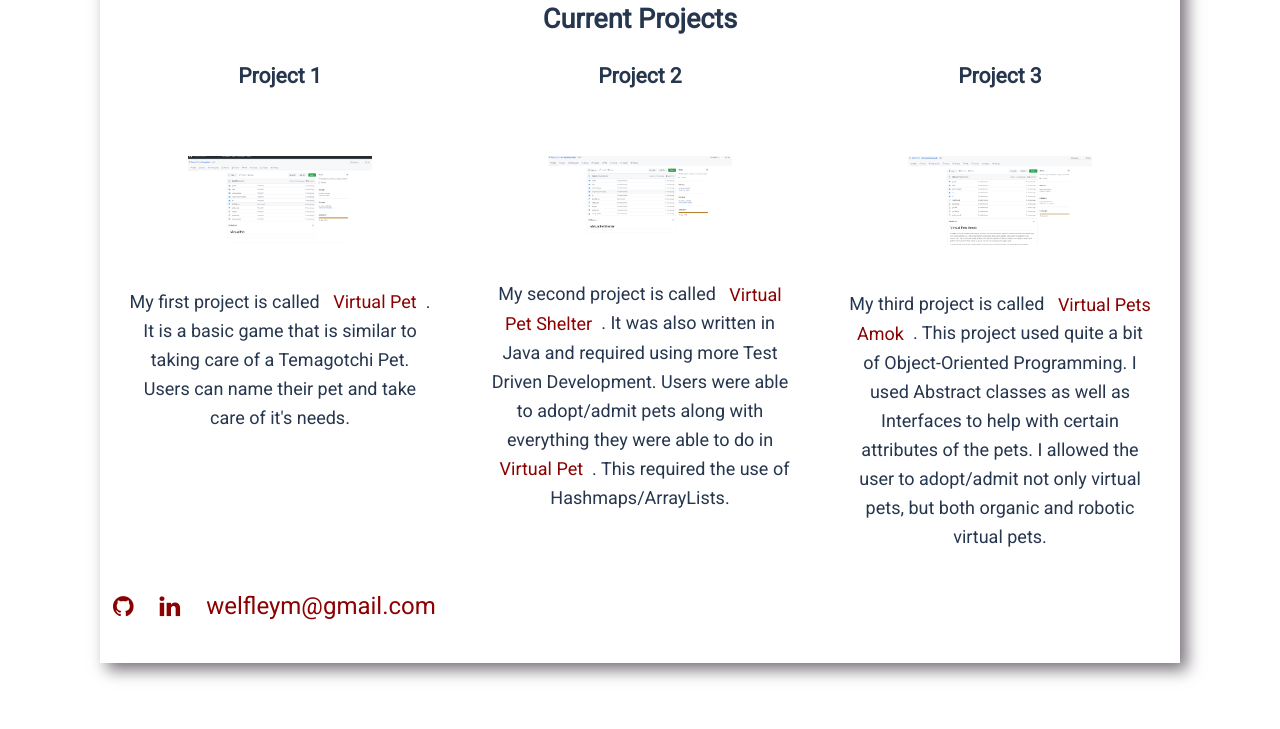
Repository: Matt1218/Matt1218.github.io
Page: index.html
An editor plug-in stored every save of this project. The page is shown before and after the next save, followed by the edit.
The browser window is 1280 px wide. The pictures show the part of the page from y = 565 to 1294 px (the page is 1294 px tall before and 1235 px after).
A picture or video elsewhere on the page could not be fetched, so the positions and the page height are approximate.

Above is the page before, as saved 2022-03-21 14:12:35.

### index.html
<!DOCTYPE html>
<html lang="en">

<head>
    <meta charset="UTF-8">
    <meta http-equiv="X-UA-Compatible" content="IE=edge">
    <meta name="viewport" content="width=device-width, initial-scale=1.0">
    <link rel="stylesheet" href="https://cdnjs.cloudflare.com/ajax/libs/font-awesome/4.7.0/css/font-awesome.min.css">
    <link rel="stylesheet" href="style.css">
    <title>Matt's Portfolio</title>
</head>

<body>
    <div class="container">
        <header class="page-header">
            <h1 id="header-logo">Matt Welfley</h1>
            <ul class="header-nav">
                <li>
                    <nav class="header-nav-item"><a href="#profile">About Me</a></nav>
                </li>
                <li>
                    <nav class="header-nav-item"><a href="#projects">Projects</a></nav>
                </li>
            </ul>
        </header>
        <section id="profile">

            <figure id="profile-image">
                <img src="./assets/Headshot (2).jpg" alt="A profile picture of me">
            </figure>
            <article class="bio">
                <h2>About Me:</h2>
                <p>I graduated from Kent State University with a Bachelor's of Arts Degree in Organizational
                    Communication. I enjoy backpacking, climbing, disc golf, and writing clean, functional code. I am
                    currently
                    based in Kent, Ohio. </p>
                <section class="skills">
                    <h2>Technical Skills:</h2>
                    <ul>
                        <li>Java</li>
                        <li>HTML</li>
                        <li>CSS</li>
                        <li>JavaScript</li>
                        <li>MVC</li>
                        <li>Spring</li>
                        <li>Thymeleaf</li>
                        <li>Object Oriented Programming</li>
                    </ul>
                </section>

            </article>

        </section>

        <h2 id="projects-title">Current Projects</h2>
        <section id="projects">
            <article class="projects-column">
                <h3 class="projects-column-title">Project 1</h3>
                <figure class="projects-column-figure">
                    <img src="./assets/VIrtualPetScreenshot.png" alt="VirtualPetScreenshot" class="projects-image-1">
                    <p>My first project is called <a href="https://github.com/Matt1218/VirtualPet">Virtual Pet</a>. It
                        is a
                        basic game that is similar to taking care of a Temagotchi Pet. Users can name their pet and take
                        care of it's needs.</p>
                </figure>
            </article>

            <article class="projects-column">
                <h3 class="projects-column-title">Project 2</h3>
                <figure class="projects-column-figure">
                    <img src="./assets/VirtualPetShelterScreenshot.png" alt="VirtualPetShelterScreenshot"
                        class="projects-image-2">
                    <p>My second project is called <a href="https://github.com/Matt1218/VirtualPetShelter">Virtual Pet
                            Shelter</a>. It was also written in Java and required using more Test Driven Development.
                        Users
                        were able to adopt/admit pets along with everything they were able to do in <a
                            href="https://github.com/Matt1218/VirtualPet">Virtual Pet</a>. This required the use of
                        Hashmaps/ArrayLists.</p>
                </figure>
            </article>
            <article class="projects-column">
                <h3 class="projects-column-title">Project 3</h3>
                <figure class="projects-column-figure">
                    <img src="./assets/VirtualPetsAmokScreenshot.png" alt="VirtualPetsAmokScreenshot"
                        class="projects-image-3">
                    <p>My third project is called <a href="https://github.com/Matt1218/VirtualPetsAmok">Virtual Pets
                            Amok</a>. This project used quite a bit of Object-Oriented Programming. I used Abstract
                        classes
                        as well as Interfaces to help with certain attributes of the pets. I allowed the user to
                        adopt/admit
                        not only virtual pets, but both organic and robotic virtual pets.</p>
                </figure>
            </article>
        </section>

        <footer id="footer">
            <a href="https://github.com/Matt1218" class="fa fa-github"></a>
            <a href="https://www.linkedin.com/in/matt-welfley" class="fa fa-linkedin"></a>
            <a id="email">welfleym@gmail.com</span>
        </footer>
    </div>
</body>

</html>

### style.css
@import url('https://fonts.googleapis.com/css2?family=Roboto');

* {
    box-sizing: border-box;
    margin: 0;
    padding: 0;
}

html {
    color: rgb(38, 54, 78);
    font: 18px/1.618 sans-serif;
    font-family: 'Roboto', sans-serif;
}

a {
    color: darkred;
    padding: .25rem .5rem;
    text-decoration: none;
}

.container {
    background-color: white;
    margin: 2rem auto;
    max-width: 60rem;
    width: 90%;
    -webkit-box-shadow: 7px 7px 15px 0px rgba(122, 115, 122, 1);
    -moz-box-shadow: 7px 7px 15px 0px rgba(122, 115, 122, 1);
    box-shadow: 7px 7px 15px 0px rgba(122, 115, 122, 1);
}

.page-header {
    display: flex;
    align-items: center;
    justify-content: space-between;
}

#header-logo {
    margin-left: 1.5rem;
    font-style: bold;
}

.header-nav {
    display: flex;
    list-style-type: none;
}

.header-nav-item {
    list-style-type: none;
    margin: 1rem;
}

.header-nav-item:hover {
    background-color: grey;
    border: .5px solid rgb(38, 54, 78);
    border-radius: .5rem;
    transition: .5s;
}

#profile {
    display: flex;
    justify-content: space-between;
}

#profile img {
    width: 70%;
    margin: 1rem;
    height: auto;
    border-radius: 5px;

}

#projects img {
    width: 60%;
    margin: 2rem;
}

.bio {
    display: flex;
    flex-direction: column;
    margin: .5rem 3rem;
}

.skills {
    margin-top: 1rem;
}


#projects-title{
    text-align: center;
    margin: 1rem;
}

#projects{
    display: grid;
    grid-template-columns: 1fr 1fr 1fr;
}

.projects-column-title{
    text-align: center;
}

.projects-column-figure{
    text-align: center;
    margin: 1.5rem;
}

#footer{
    display: flex;
    align-items:center
}

#footer a {
    font-size: x-large;
    margin: 4px;
}

#email {
    margin-left: 10px;
    margin-bottom: -5px;
}

After the next save:
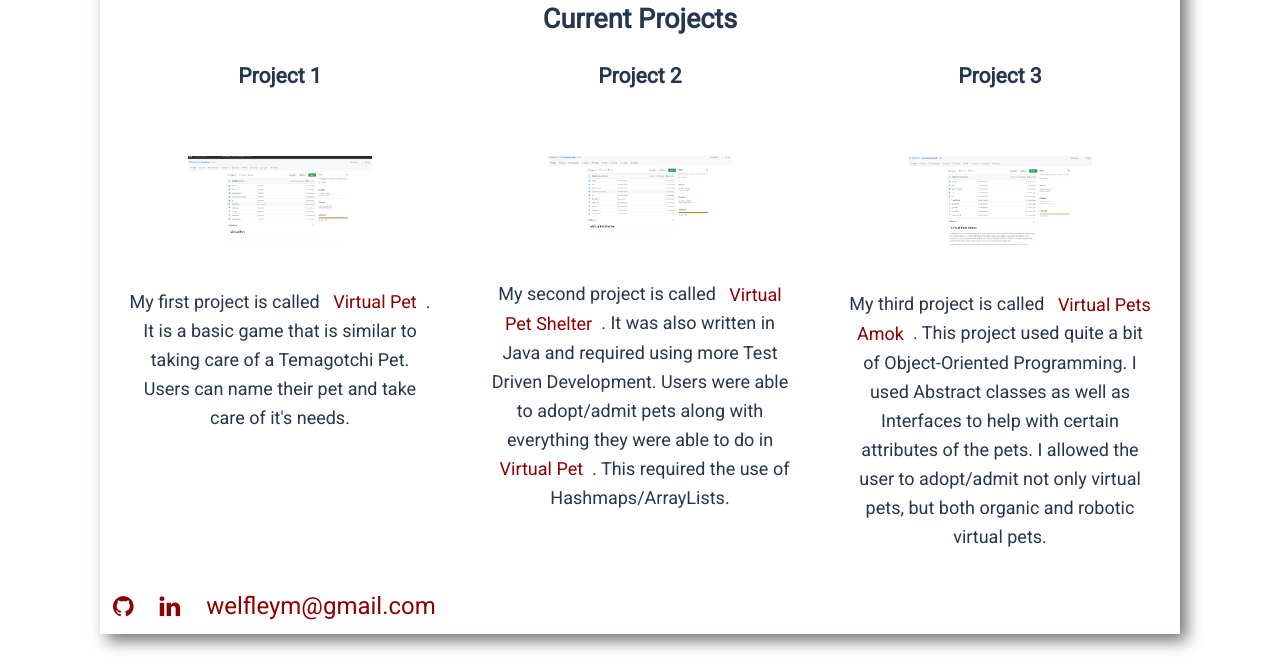
Saved 9 s later.
--- a/index.html
+++ b/index.html
@@ -96,7 +96,7 @@
         <footer id="footer">
             <a href="https://github.com/Matt1218" class="fa fa-github"></a>
             <a href="https://www.linkedin.com/in/matt-welfley" class="fa fa-linkedin"></a>
-            <a id="email">welfleym@gmail.com</span>
+            <a id="email">welfleym@gmail.com</a>
         </footer>
     </div>
 </body>
